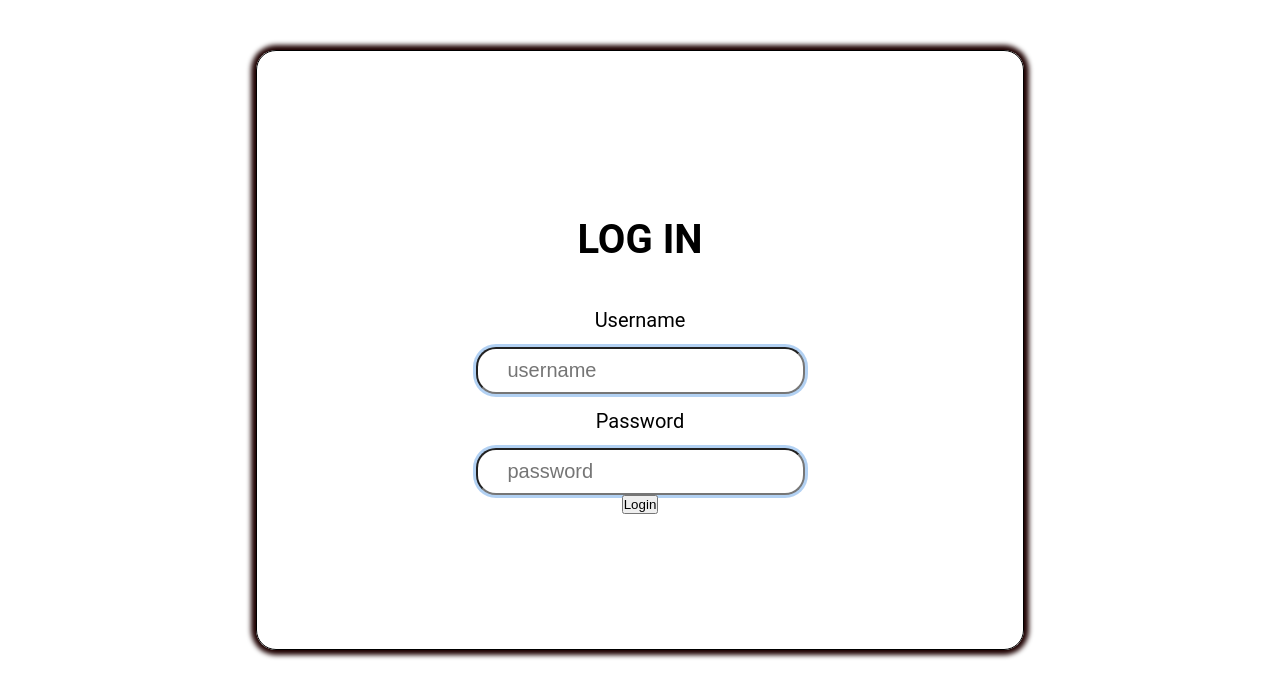
Repository: huyna1707/learning-git
Page: index.html
An editor plug-in stored every save of this project. The page is shown before and after the next save, followed by the edit.
The browser window is 1280 px wide. The pictures show the whole page.

Above is the page before, as saved 2024-08-09 23:25:46.

After the next save:
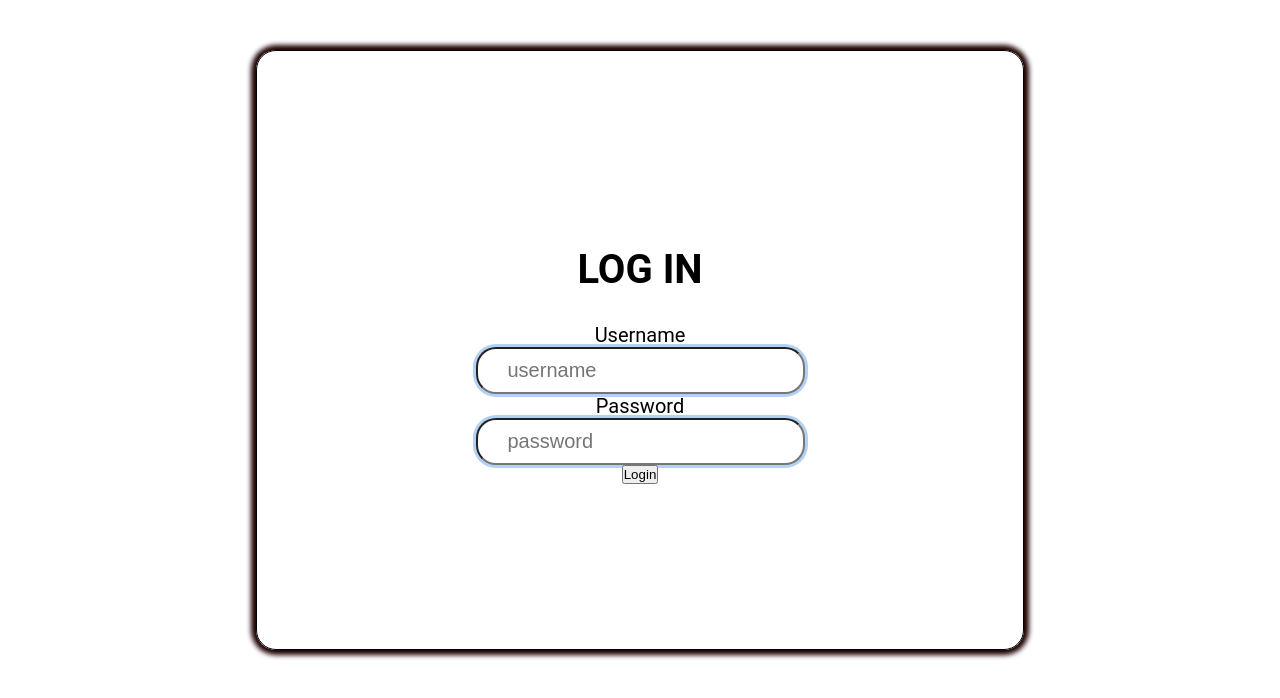
Saved 16 s later.
--- a/style.css
+++ b/style.css
@@ -32,7 +32,6 @@ form h4{
 }
 form label{
     font-size : 20px;
-    margin: 15px ;
 }
 form input{
     border-radius: 20px;
